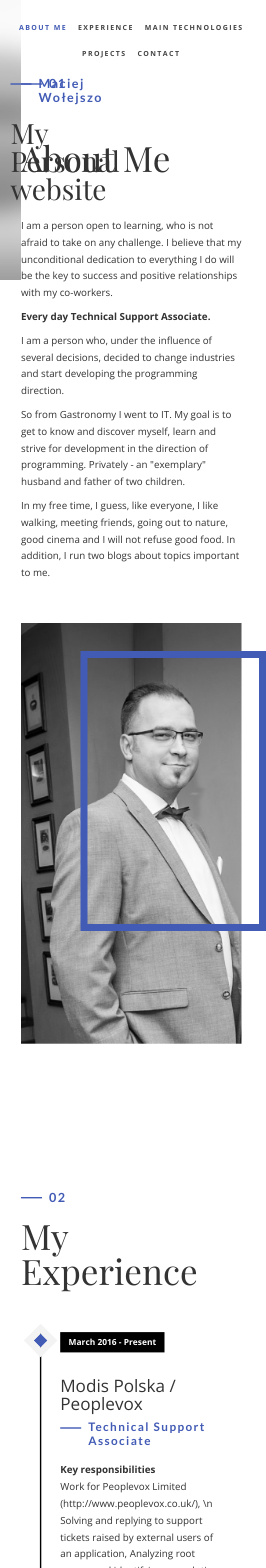
Repository: Maciej85Lodz/maciejwolejszo.pl
Page: index.html
The author's editor kept a copy of each file at every save. The page is drawn from the files as they stood at one save, then again after the next save.
The browser window is 375 px wide. The page is 380 px wide, so the pictures cover 380 px, including what lies to the right of the window. The pictures show the part of the page from y = 0 to 2240 px (the page is 6399 px tall), at 70% of full size.
Some web fonts or font styles are not loaded; a fallback is used.

Above is the page before, as saved 2019-05-31 23:52:13.
Console error: TypeError: Cannot set properties of null (setting 'innerHTML')

After the next save:
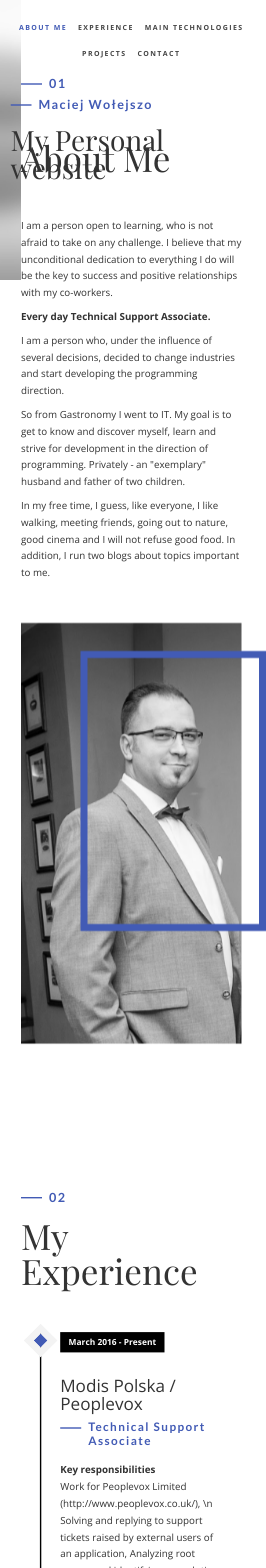
Saved 2 min 22 s later.
--- a/css/style.css
+++ b/css/style.css
@@ -786,7 +786,7 @@ fieldset {
     #home,
     .disply-table {
         height: 400px;
-        position: absolute;
+        position: fixed;
     }
     .about-border {
         width: 265px;
